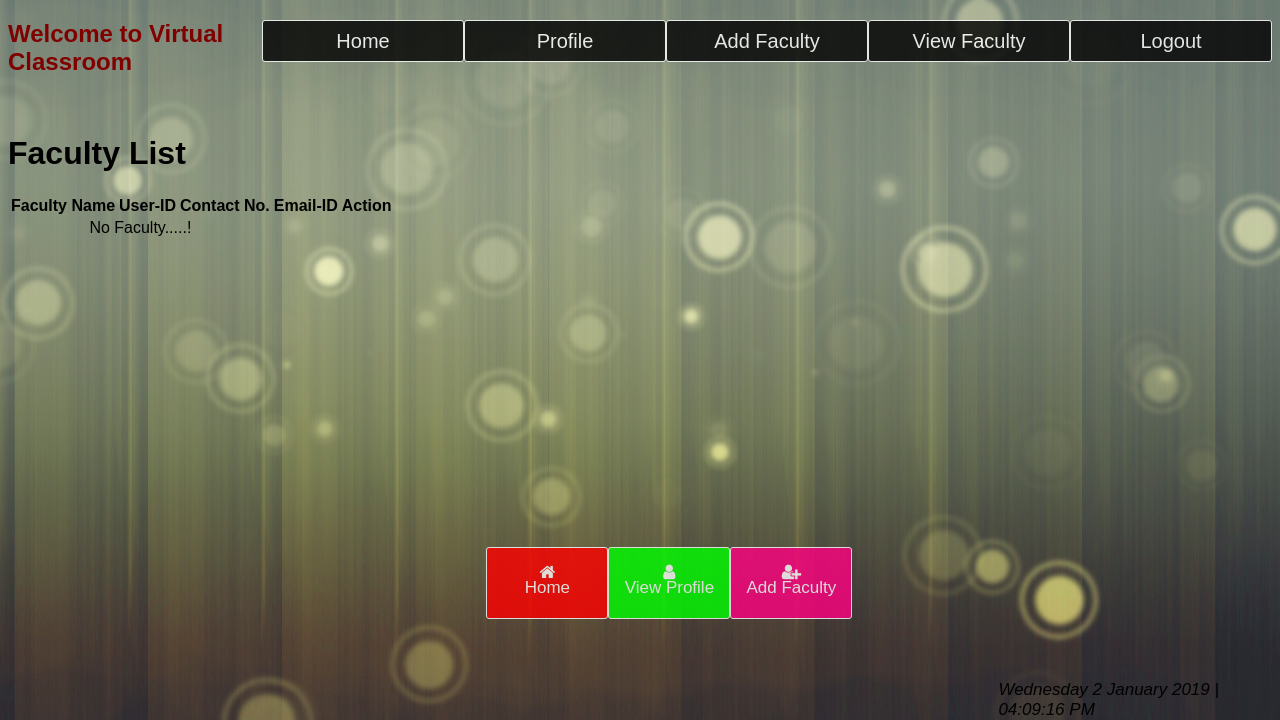
Repository: Rajendra1998/Virtual_classroom_mvc_project
Page: http://localhost/Virtual_classroom/display_faculty.jsp
These files come from the project's save history. The page is drawn as it stood at one moment and after the next save; the edit follows.
The browser window is 1280 px wide. The pictures show the whole page.
The page is served by Tomcat 9. The template is opened directly, without the code that normally fills it, so the values that code supplies are empty.

Above is the page before, as saved 2019-01-09 19:43:25.

After the next save:
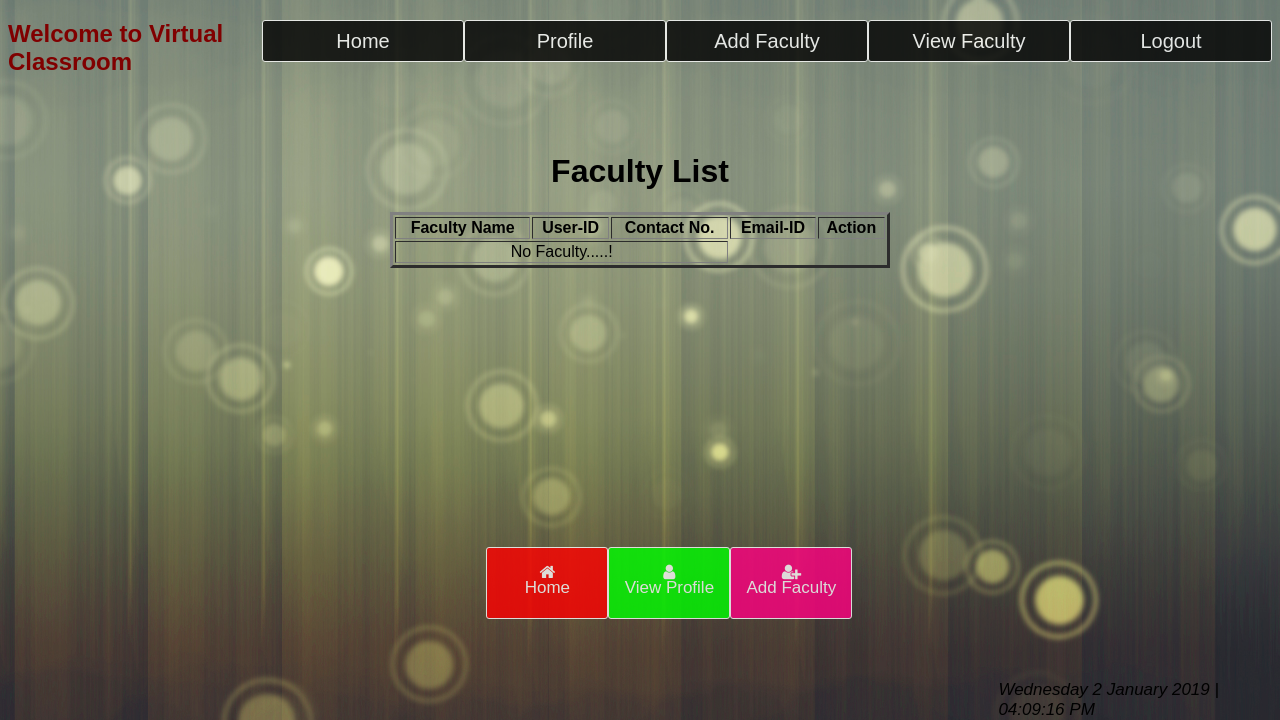
Saved 19 min 46 s later.
--- a/Virtual_classroom/WebContent/display_faculty.jsp
+++ b/Virtual_classroom/WebContent/display_faculty.jsp
@@ -171,11 +171,11 @@
 	</div>
 	<%Admin currentAdmin=(Admin)session.getAttribute("currentAdmin");%>
 	<h2>Welcome to Virtual Classroom</h2>
-	<br>
-
+	<br><br>
+	<center>
      <div class="panel">
             <h1>Faculty List</h1>
-            <table class="bordered_table">
+            <table class="bordered_table" align=center border="3" width="500px" >
                <thead>
                   <tr align="center"><th>Faculty Name</th><th>User-ID</th><th>Contact No.</th><th>Email-ID</th><th>Action</th></tr>
                </thead>
@@ -211,6 +211,7 @@
             </table>
 
          </div>
+         </center>
          <div class="menu1">
 		<nav>
 			<ul>
